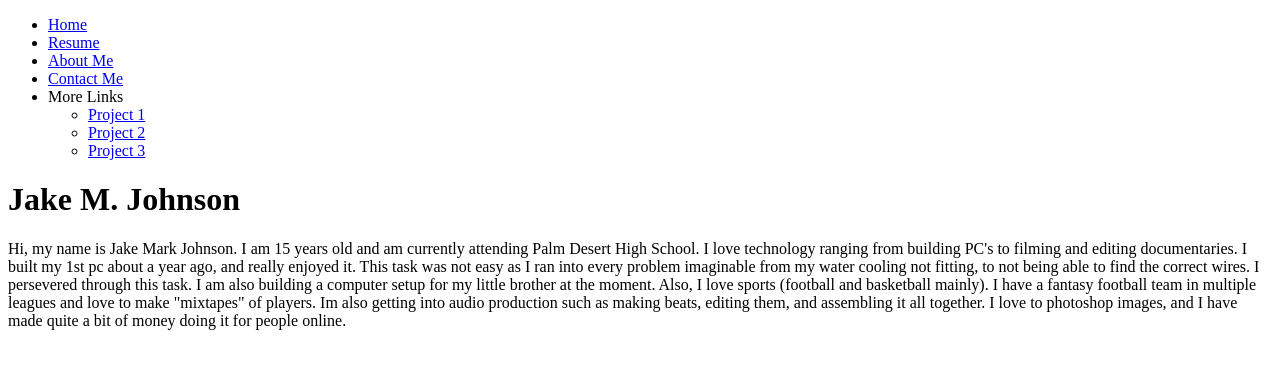
Repository: jakemj/jakemj.github.io
Page: aboutme.html
The author's editor kept a record of every edit. The page is drawn from the files as they stood at one moment, then again after the next edit.
The browser window is 1280 px wide. The pictures show the whole page.

Above is the page before.

### aboutme.html
<!DOCTYPE html>
<html>
    <head>
    <title>Welcome to my thread!</title>
    <link rel="stylesheet" type="text/css" href="style.css">

    </head>
    <body>
      <ul class="navbar">
        <li><a href=index.html>Home</a></li>
        <li><a href="https://awseducate.com">Resume</a></li>
        <li><a href="/aboutme.html">About Me</a></li>
        <li><a href="https://awseducate.com">Contact Me</a></li>
        <li class = "dropdown">
            <div>More Links</div>
            <ul class="dropdown-content">
            <li><a href="#">Project 1</a></li>
            <li><a href="#">Project 2</a></li>
            <li><a href="#">Project 3</a></li>
        </ul>



    </li>

    </ul>
    <h1>Jake M. Johnson</h1>
    Hi, my name is Jake Mark Johnson. I am 15 years old and am currently
    attending Palm Desert High School.
    I love technology ranging from building PC's
    to filming and editing documentaries. I built my 1st pc
    about a year ago, and really enjoyed it. This task was not
    easy as I ran into every problem imaginable from my water
    cooling not fitting, to not being able to find the correct
    wires. I persevered through this task. I am also building a
    computer setup for my little brother at the moment. Also, I
    love sports (football and basketball mainly). I have a fantasy
    football team in multiple leagues and love to make "mixtapes" of
    players. Im also getting into audio production such as making beats,
    editing them, and assembling it all together. I love to photoshop
    images, and I have made quite a bit of money doing it for people
    online.
    </body>
</html>

### style.css
<!DOCTYPE html>
<html>
    <head>
    <title>Home</title>



    </style>
    </head>
    <body>
      <ul class="navbar">
        <li><a href="/index.html">Home</a></li>
        <li class="active"><a href="resume.html">Resume</a></li>
        <li class = "dropdown">
            <div>More Links</div>
            <ul class="dropdown-content">
            <li><a href="#">Project 1</a></li>
            <li><a href="#">Project 2</a></li>
            <li><a href="#">Project 3</a></li>
        </ul>



    </li>

    </ul>
    <h1>Home</h1>

    </body>
</html>

After the next edit:
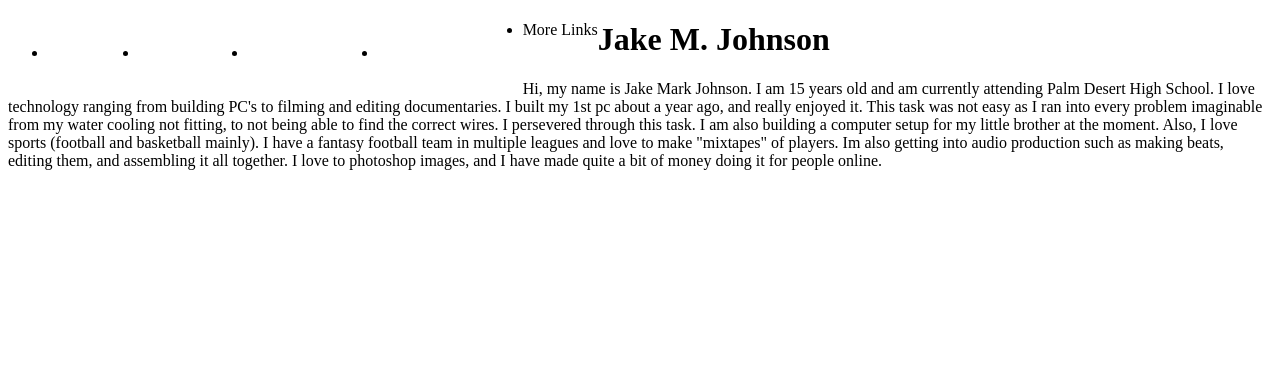
The edit:
--- a/style.css
+++ b/style.css
@@ -2,10 +2,48 @@
 <html>
     <head>
     <title>Home</title>
+     <style>
 
+        .navbar{
+            list-style: none;
+            background-color: black;
+            overflow: hidden;
+            padding: 0;
+        }
 
+        .navbar a, dropdown div{
+            text-decoration: none;
+            color: white;
+            font-size: 24px;
+            padding: 16px;
+            display:inline-block;
+        }
+        .navbar li{
+            float: left;
+        }
 
+        .navbar li:hover{
+            background-color: pink;
+        }
+
+        .dropdown-content{
+            list-style: none;
+            padding: 0;
+            display: none;
+            position: absolute;
+            z-index: 1;
+            background-color: black;
+        }
+
+        .dropdown-content li{
+            float: none;
+        }
+
+        .dropdown:hover .dropdown-content{
+            display: block;
+        }
     </style>
+
     </head>
     <body>
       <ul class="navbar">
